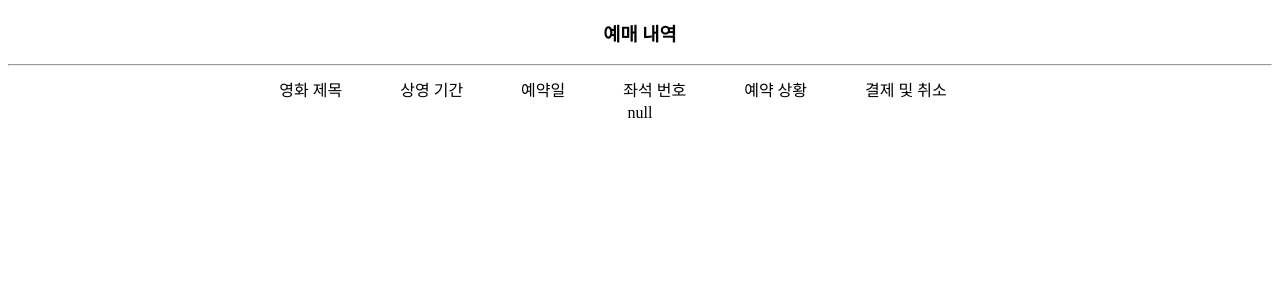
Repository: Juseong-Bang/jspWebProject
Page: http://localhost/FilmBooking/pay.jsp
The author's editor kept a copy of each file at every save. The page is drawn from the files as they stood at one save, then again after the next save.
The browser window is 1280 px wide. The pictures show the whole page.
The page is served by Tomcat 9. Other server files are loaded and not shown.

Above is the page before, as saved 2017-12-01 16:09:08.

### FilmBooking/WebContent/pay.jsp
<%@ page language="java" contentType="text/html; charset=UTF-8"
    pageEncoding="UTF-8"%>
<!DOCTYPE html PUBLIC "-//W3C//DTD HTML 4.01 Transitional//EN" "http://www.w3.org/TR/html4/loose.dtd">
<html>
<head>
<meta http-equiv="Content-Type" content="text/html; charset=UTF-8">
<title>예매 내역</title>
</head>
<body>
<div align="center">
<h3>예매 내역</h3>
<hr>
<table>
<tr>
<td>영화 제목<td width=50></td>
<td>상영 기간<td width=50></td>
<td>예약일<td width=50></td>
<td>좌석 번호<td width=50></td>
<td>예약 상황<td width=50></td>
<td>결제 및 취소<td width=50></td>
</tr>

</table>
<%=request.getParameter("seat") %>
</div>
</body>
</html>

After the next save:
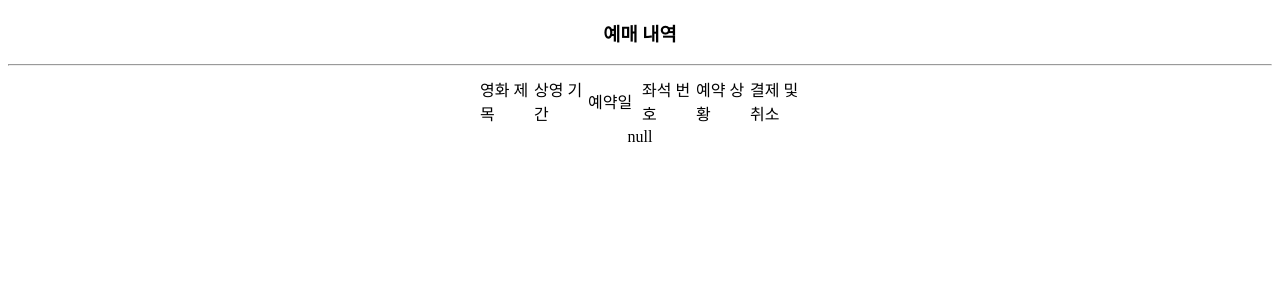
Saved 108 s later.
--- a/FilmBooking/WebContent/pay.jsp
+++ b/FilmBooking/WebContent/pay.jsp
@@ -12,12 +12,12 @@
 <hr>
 <table>
 <tr>
-<td>영화 제목<td width=50></td>
-<td>상영 기간<td width=50></td>
-<td>예약일<td width=50></td>
-<td>좌석 번호<td width=50></td>
-<td>예약 상황<td width=50></td>
-<td>결제 및 취소<td width=50></td>
+<td  width=50>영화 제목</td>
+<td width=50>상영 기간</td>
+<td width=50>예약일</td>
+<td width=50>좌석 번호</td>
+<td width=50>예약 상황</td>
+<td width=50>결제 및 취소</td>
 </tr>
 
 </table>
